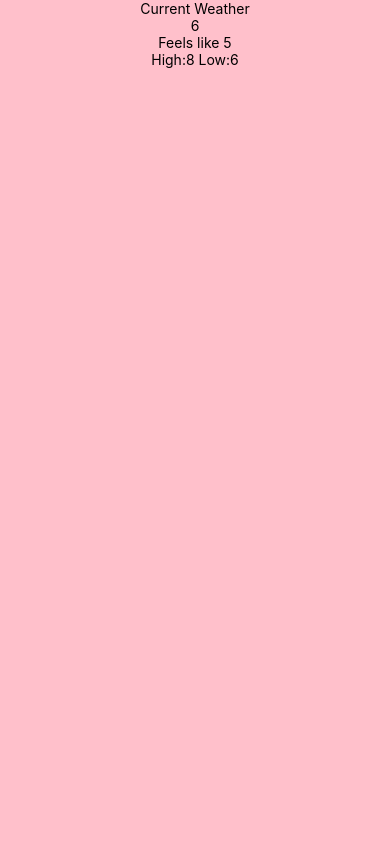
Repository: RossDee/WeatherApp
Screen: /
The author's editor kept a copy of each file at every save. The screen is drawn from the files as they stood at one save, then again after a run of saves.
The app was drawn by React Native's web renderer in a window 390 px wide. The project was rebuilt for these pictures with package versions that can differ from the ones it lists, and the page was loaded fresh each time.

Above is the screen before, as saved 2023-10-14 20:55:15.

### App.js
import React from 'react';
import { SafeAreaView, StyleSheet, Text, View } from 'react-native';

const App = () => {
  return (
    <SafeAreaView style = {style.wrapper}>
    <View style = {style.container}>
      <Text>Current Weather</Text>
      <Text style>6</Text>
      <Text>Feels like 5</Text>
      <Text>High:8 Low:6</Text>
    </View>
    </SafeAreaView>
  )
}
const style  =StyleSheet.create({
  wrapper:{
    flex:1,
    backgroundColor:'yellow',
  },
  container:{
    backgroundColor:'pink',
    flex:1,
    alignItems:'center',
  }
})
export default App

After the next 3 saves:
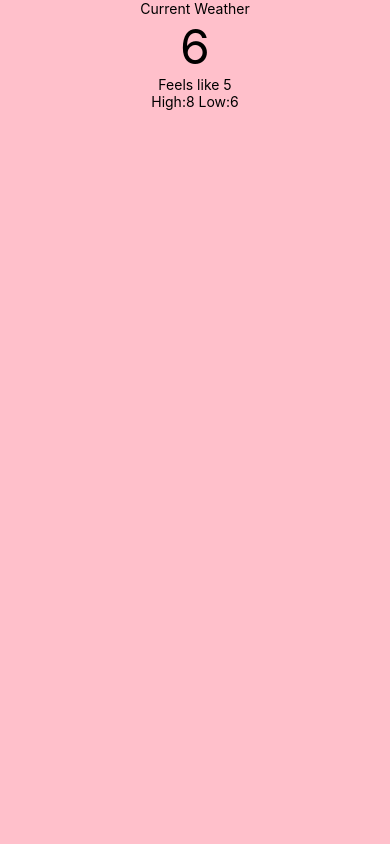
The 3 saves are shown as one change because 2 did not build or start.
The last was saved 62 s later.
--- a/App.js
+++ b/App.js
@@ -6,7 +6,7 @@ const App = () => {
     <SafeAreaView style = {style.wrapper}>
     <View style = {style.container}>
       <Text>Current Weather</Text>
-      <Text style>6</Text>
+      <Text style={style.temp} >6</Text>
       <Text>Feels like 5</Text>
       <Text>High:8 Low:6</Text>
     </View>
@@ -22,6 +22,11 @@ const style  =StyleSheet.create({
     backgroundColor:'pink',
     flex:1,
     alignItems:'center',
-  }
+  },
+  temp:{
+    color:'black',
+    fontSize:48,
+
+ }
 })
 export default App
